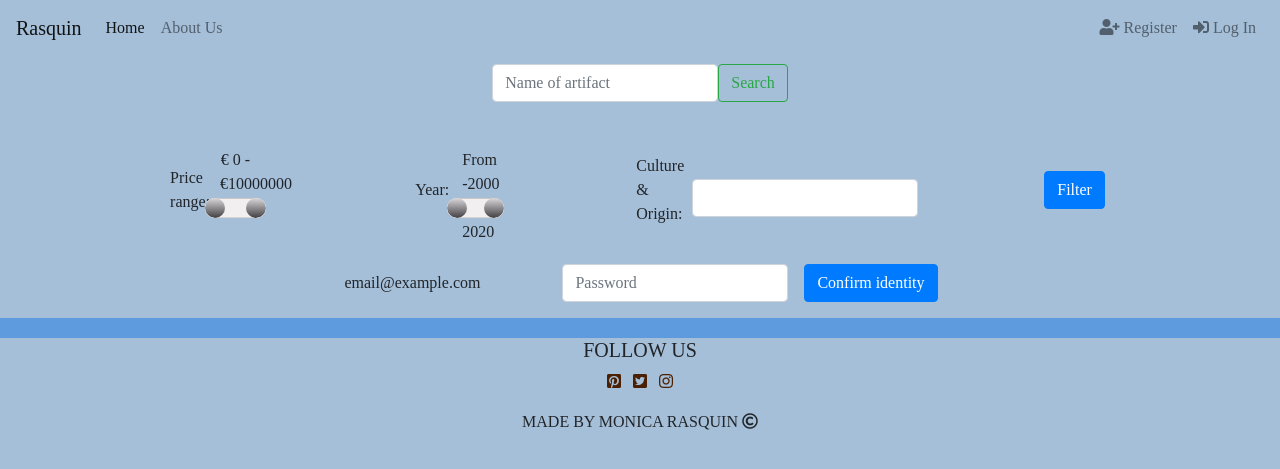
Repository: Rasquin/auction
Page: templates/base.html
The author's editor kept a record of every edit. The page is drawn from the files as they stood at one moment, then again after the next edit.
The browser window is 1280 px wide. The pictures show the whole page.
The template is drawn by Django 2.2. The application's start-up code is not run. The template is opened directly, without the code that normally fills it, so the values that code supplies are empty.

Above is the page before.

After the next edit:
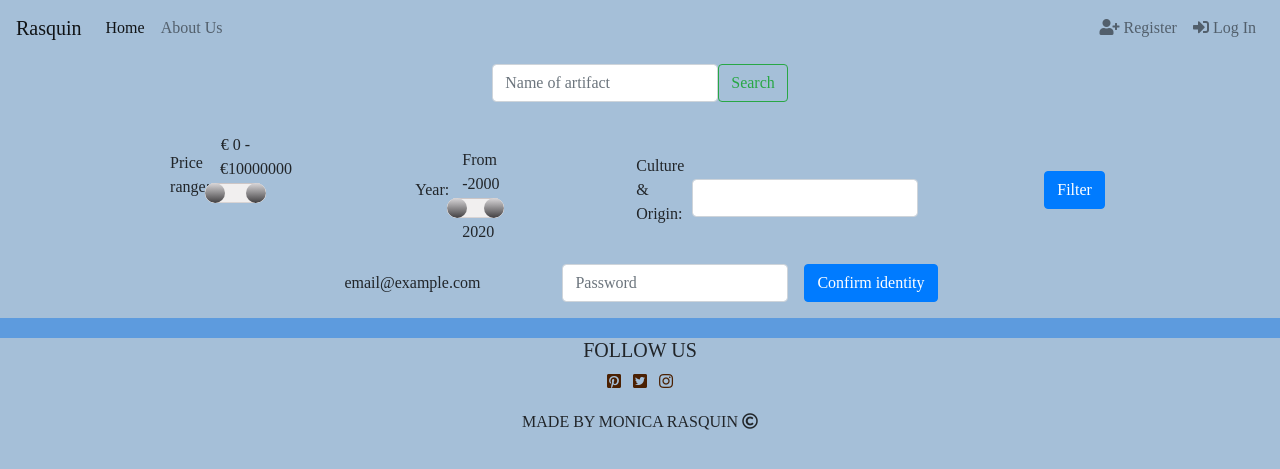
The edit:
--- a/templates/base.html
+++ b/templates/base.html
@@ -91,7 +91,7 @@
         <form action="{% url 'filters' %}" method="get" class="form-inline">
             {% csrf_token %}
             <!-- Price Filter -->
-            <div class="form-group row-flex" >
+            <div class="form-group" >
                 <div class="col-12 col-md-3 col-lg-1">
                     <p><label for="amount">Price range:</label></p>
                 </div>
